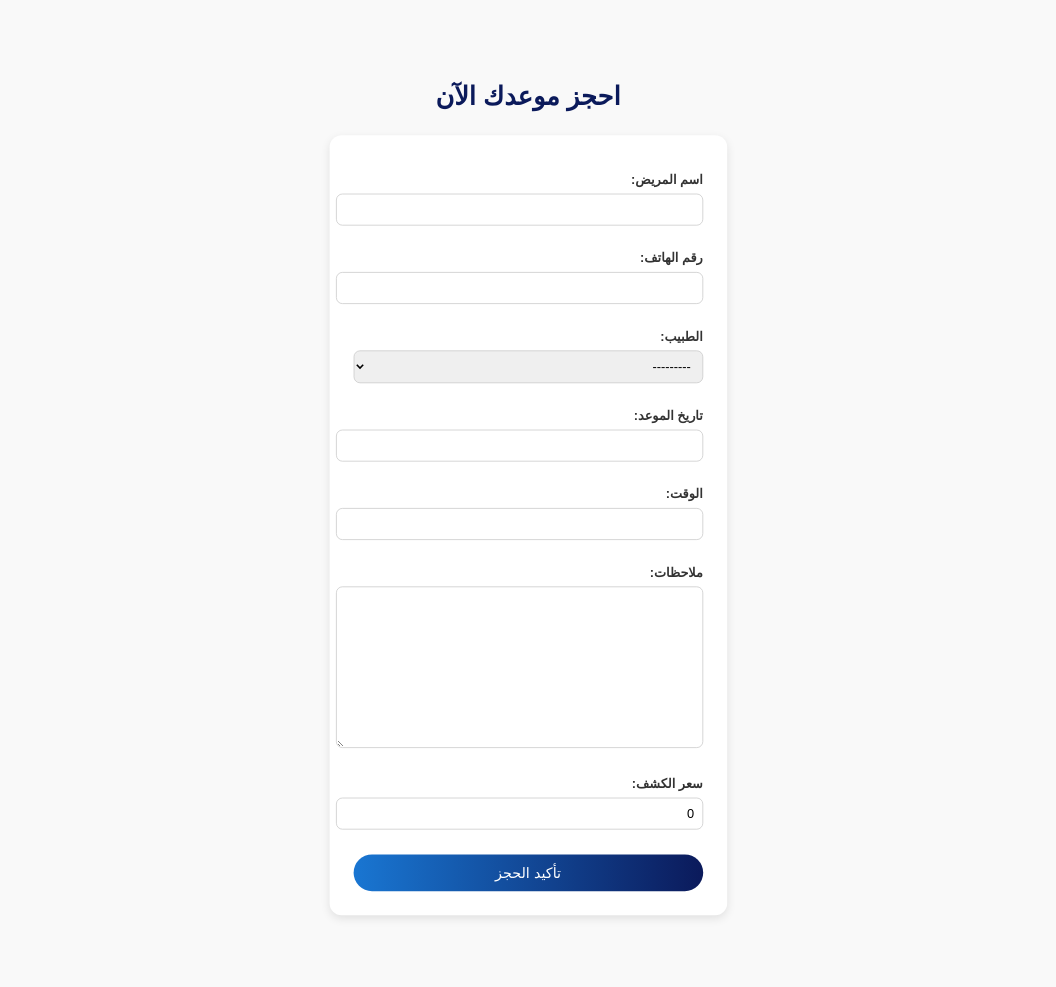
Repository: mysite4/s
Page: http://localhost/booking/
These files come from the project's save history. The page is drawn as it stood at one moment and after the next save; the edit follows.
The browser window is 1280 px wide. The page is 1320 px wide, then 1280 px, so the pictures cover 1320 px, including what lies to the right of the window. The pictures show the whole page, at 80% of full size.
Some web fonts or font styles are not loaded; a fallback is used. The page is served by the project's application, run on Django 5.2 (manage.py). Queries for data that is not in the repository find no rows.

Above is the page before, as saved 2025-11-21 17:04:16.

After the next save:
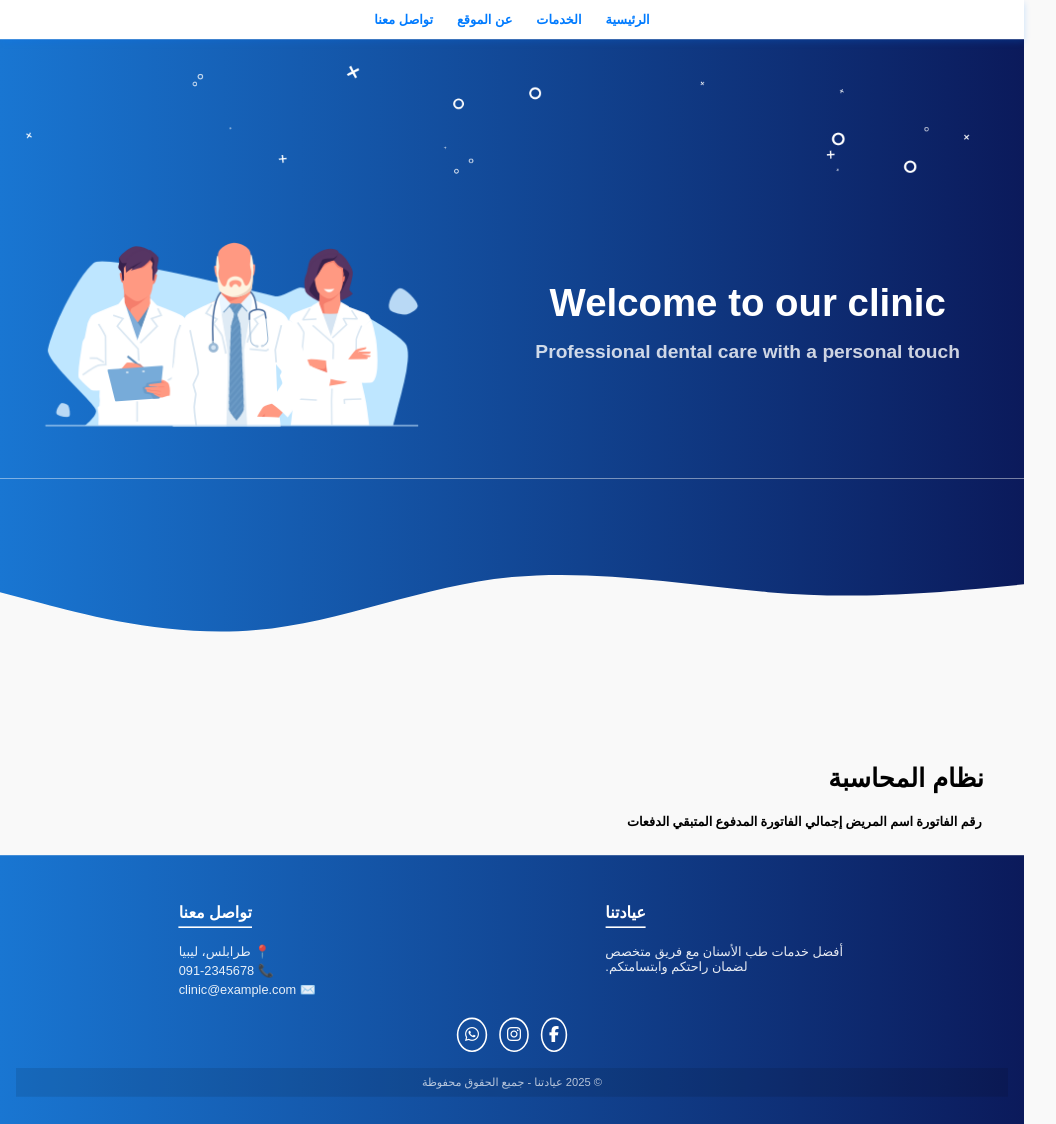
Saved 2 min 26 s later.
--- a/main/templates/booking.html
+++ b/main/templates/booking.html
@@ -1,71 +1,43 @@
-{% load static %}
-<!DOCTYPE html>
-<html lang="ar" dir="rtl">
-<head>
-  <meta charset="UTF-8">
-  <meta name="viewport" content="width=device-width, initial-scale=1.0">
-  <title>احجز موعدك</title>
-  <link href="https://fonts.googleapis.com/css2?family=Cairo:wght@200..1000&display=swap" rel="stylesheet">
-  <link rel="stylesheet" href="{% static 'css/style.css' %}">
-  <style>
-    body {
-      font-family: 'Cairo', sans-serif;
-      background-color: #f9f9f9;
-      text-align: center;
-      padding: 80px 20px;
-    }
-    h1 {
-      color: #0b1a5b;
-      margin-bottom: 30px;
-    }
-    form {
-      max-width: 500px;
-      margin: 0 auto;
-      background: #fff;
-      padding: 30px;
-      border-radius: 15px;
-      box-shadow: 0 4px 12px rgba(0,0,0,0.1);
-      text-align: right;
-    }
-    label {
-      display: block;
-      margin-bottom: 8px;
-      font-weight: bold;
-      color: #333;
-    }
-    input, select, textarea {
-      width: 100%;
-      padding: 10px;
-      margin-bottom: 15px;
-      border: 1px solid #ccc;
-      border-radius: 8px;
-      font-size: 16px;
-    }
-    button {
-      background: linear-gradient(to right, #1976d2, #0b1a5b);
-      color: white;
-      padding: 12px 25px;
-      border: none;
-      border-radius: 30px;
-      cursor: pointer;
-      transition: 0.3s;
-      font-size: 18px;
-      width: 100%;
-    }
-    button:hover {
-      background: linear-gradient(to right, #0b1a5b, #1976d2);
-    }
-  </style>
-</head>
-<body>
+<!-- services/accounting.html -->
+{% extends 'base.html' %}
 
-  <h1>احجز موعدك الآن</h1>
-  <form method="POST">
-    {% csrf_token %}
-    <!-- عرض جميع الحقول من الـ ModelForm بما فيها service_price -->
-    {{ form.as_p }}
-    <button type="submit">تأكيد الحجز</button>
-  </form>
+{% block content %}
+<div class="container mt-5">
+    <h1 class="mb-4">نظام المحاسبة</h1>
 
-</body>
-</html>
+    <table class="table table-bordered table-hover">
+        <thead class="table-dark">
+            <tr>
+                <th>رقم الفاتورة</th>
+                <th>اسم المريض</th>
+                <th>إجمالي الفاتورة</th>
+                <th>المدفوع</th>
+                <th>المتبقي</th>
+                <th>الدفعات</th>
+            </tr>
+        </thead>
+        <tbody>
+            {% for item in accounting_data %}
+            <tr {% if item.remaining_amount > 0 %}class="table-warning"{% else %}class="table-success"{% endif %}>
+                <td>{{ item.invoice_number }}</td>
+                <td>{{ item.patient_name }}</td>
+                <td>{{ item.total_amount }} د.ل</td>
+                <td>{{ item.paid_amount }} د.ل</td>
+                <td>{{ item.remaining_amount }} د.ل</td>
+                <td>
+                    {% if item.payments %}
+                        <ul class="mb-0">
+                            {% for payment in item.payments %}
+                                <li>{{ payment.amount }} د.ل - {{ payment.paid_at|date:"d/m/Y H:i" }}</li>
+                            {% endfor %}
+                        </ul>
+                    {% else %}
+                        لا يوجد دفعات
+                    {% endif %}
+                </td>
+            </tr>
+            {% endfor %}
+        </tbody>
+    </table>
+</div>
+{% endblock %}
